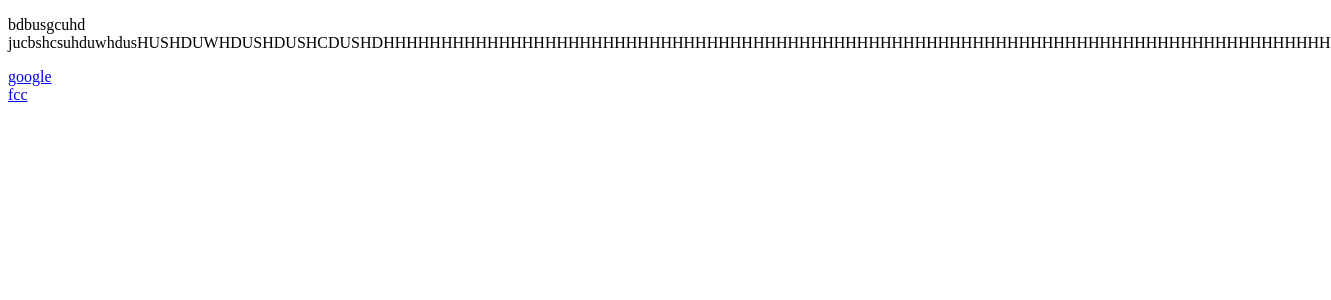
Repository: prakheneur/Blockchain-crowdfunding
Page: index.html
An editor plug-in stored every save of this project. The page is shown before and after the next save, followed by the edit.
The browser window is 1280 px wide. The page is 1331 px wide, so the pictures cover 1331 px, including what lies to the right of the window. The pictures show the whole page.

Above is the page before, as saved 2023-02-28 19:08:24.

### index.html
<!DOCTYPE html>
<html lang="en">
<head>
    <meta charset="UTF-8">
    <meta http-equiv="X-UA-Compatible" content="IE=edge">
    <meta name="viewport" content="width=device-width, initial-scale=1.0">
    <title>Document</title>
</head>
<body>
    <p>bdbusgcuhd
        jucbshcsuhduwhdusHUSHDUWHDUSHDUSHCDUSHDHHHHHHHHHHHHHHHHHHHHHHHHHHHHHHHHHHHHHHHHHHHHHHHHHHHHHHHHHHHHHHHHHHHHHHHHHHHHHHHHHH</p>
        <a href="https://mail.google.com/mail/u/0/?tab=rm&ogbl#inbox/FMfcgzGrcrmdLNxzGSmkZpmSWSptVvKq">google</a> <!--we have added an attribut to anchor tag -->
       <br/>
        <a href="https://www.freecodecamp.org/fcc5f2a499e-0c5a-4062-892c-578df7c6839f">fcc</a>

</body>
</html>

After the next save:
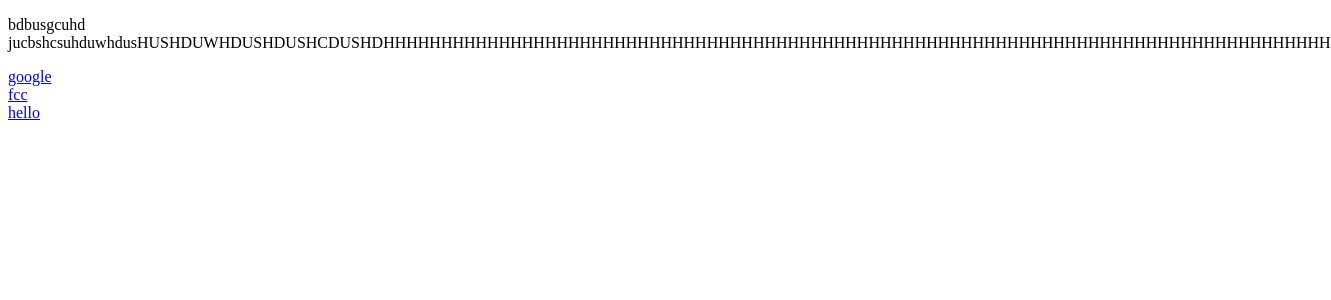
Saved 51 s later.
--- a/index.html
+++ b/index.html
@@ -12,6 +12,8 @@
         <a href="https://mail.google.com/mail/u/0/?tab=rm&ogbl#inbox/FMfcgzGrcrmdLNxzGSmkZpmSWSptVvKq">google</a> <!--we have added an attribut to anchor tag -->
        <br/>
         <a href="https://www.freecodecamp.org/fcc5f2a499e-0c5a-4062-892c-578df7c6839f">fcc</a>
+        <br/>
+        <a href="/hello.html">hello</a>
 
 </body>
 </html>
